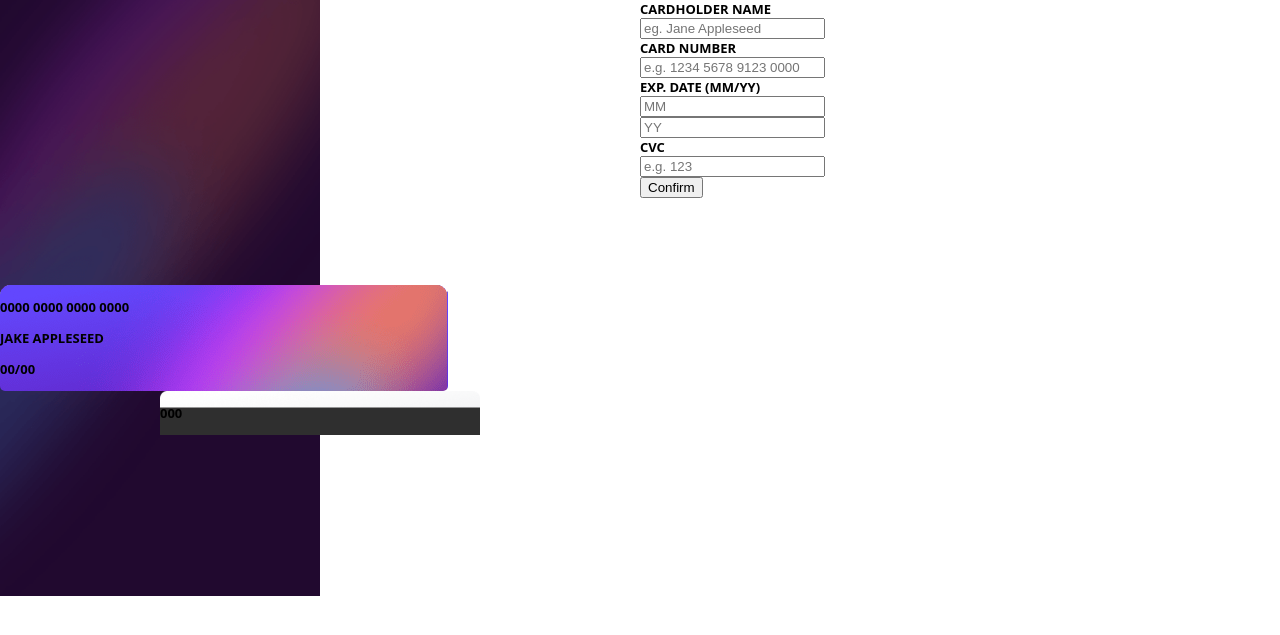
Repository: Celebration-cloud/my-project
Page: interactive-card-details-form-main/index.html
An editor plug-in stored every save of this project. The page is shown before and after a run of saves, followed by the edit.
The browser window is 1280 px wide. The pictures show the whole page.

Above is the page before, as saved 2023-08-22 18:42:04.

After the next 9 saves:
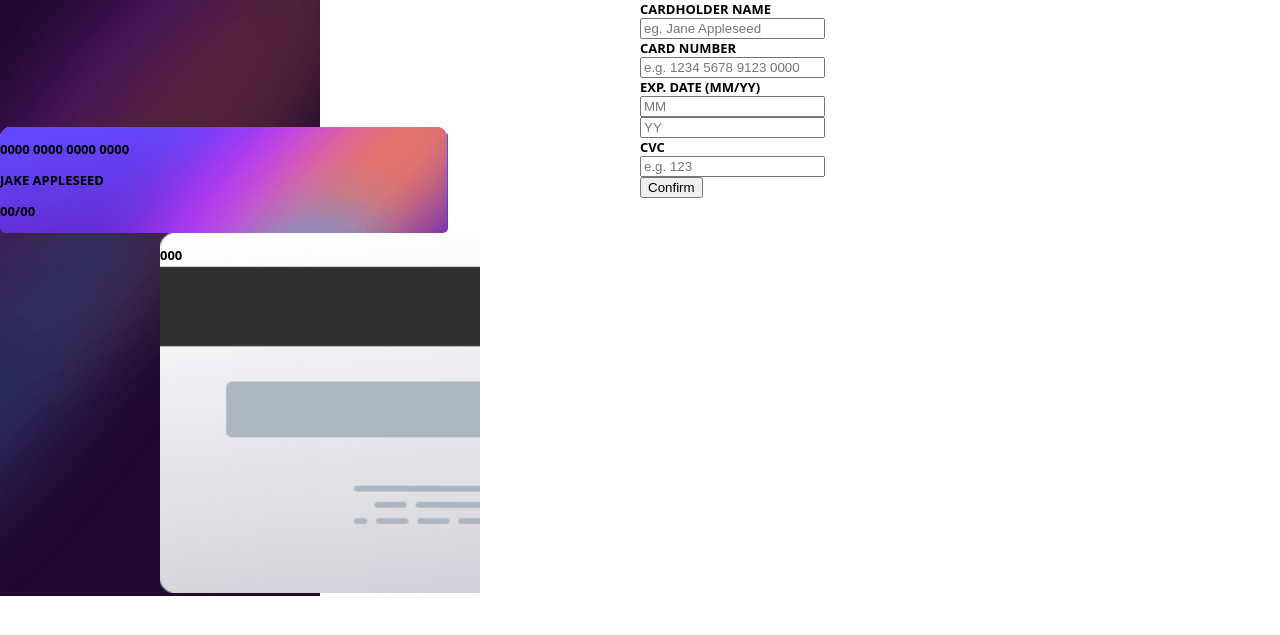
The 9 saves are shown as one change because they came seconds apart.
The last was saved 23 s later.
--- a/interactive-card-details-form-main/index.css
+++ b/interactive-card-details-form-main/index.css
@@ -27,6 +27,6 @@ body{
     background-image: url(images/bg-card-back.png);
     background-size: cover;
     width: 50%;
-    height: ;
+    height: 50%;
     align-self: center;
 }
